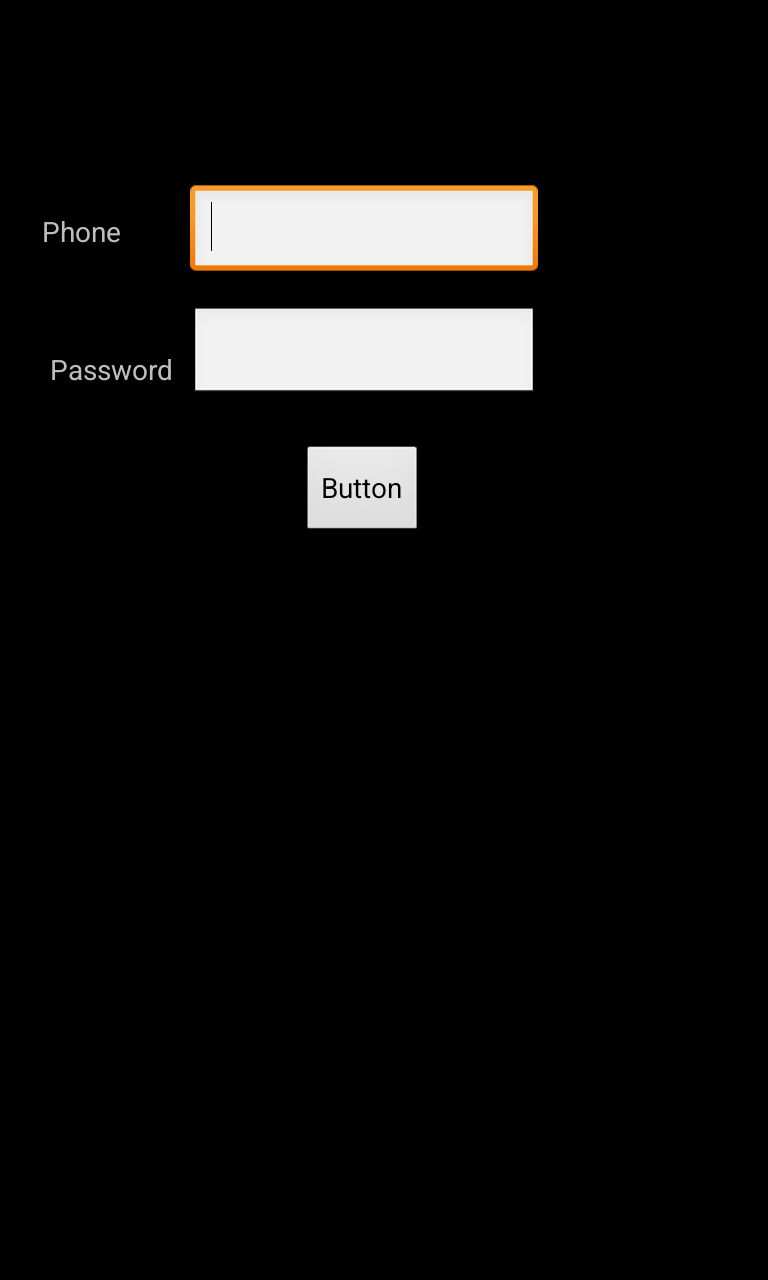
Repository: nuces-acm/DevFest-12-Team-9
Layout: data/Eclipse Workspace of android/Devfest/DCSClientApp/res/layout/signin.xml
An editor plug-in stored every save of this project. The layout is shown before and after the next save, followed by the edit.
It is drawn on a 768 x 1280 px phone screen (xhdpi) without system bars, with theme android:Theme; the app's code is not run.

Above is the layout before, as saved 2012-04-01 03:03:36.

After the next save:
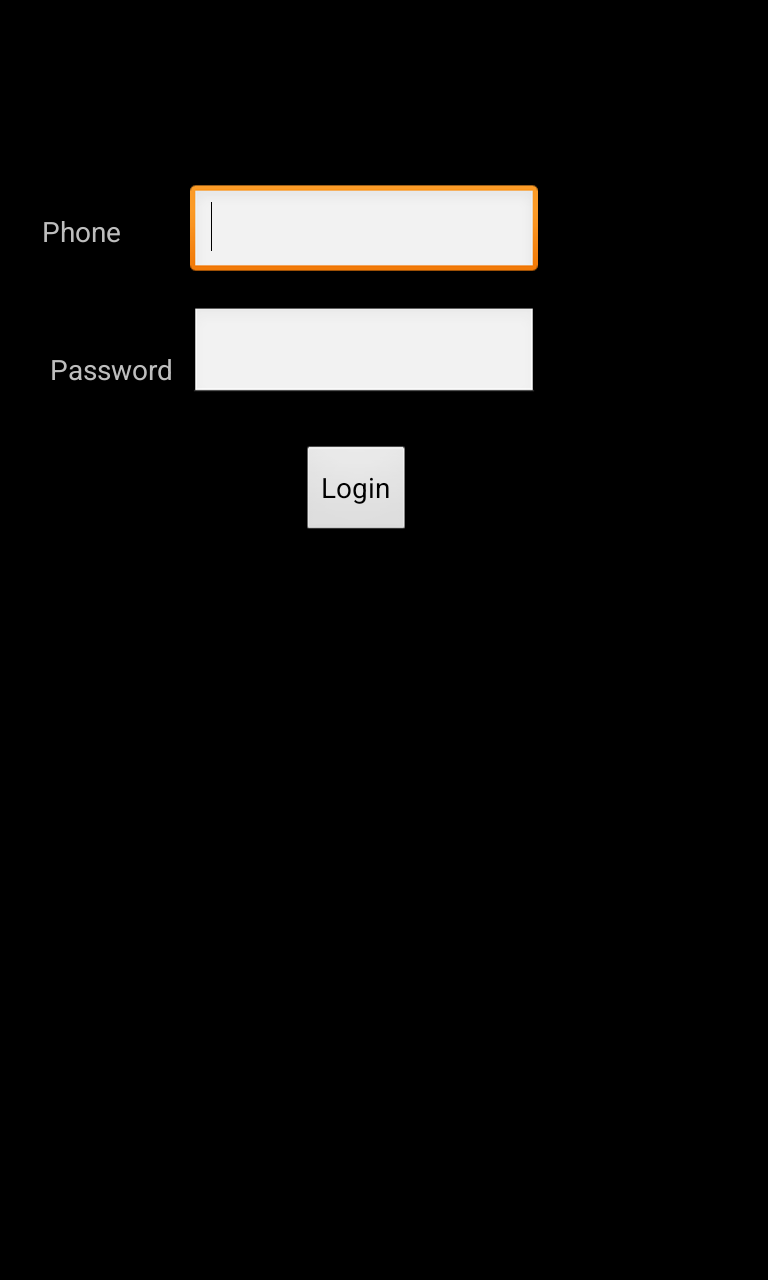
Saved 6 s later.
--- a/data/Eclipse Workspace of android/Devfest/DCSClientApp/res/layout/signin.xml
+++ b/data/Eclipse Workspace of android/Devfest/DCSClientApp/res/layout/signin.xml
@@ -49,6 +49,6 @@
         android:layout_height="wrap_content"
         android:layout_x="150dp"
         android:layout_y="222dp"
-        android:text="Button" />
+        android:text="Login" />
 
 </AbsoluteLayout>
